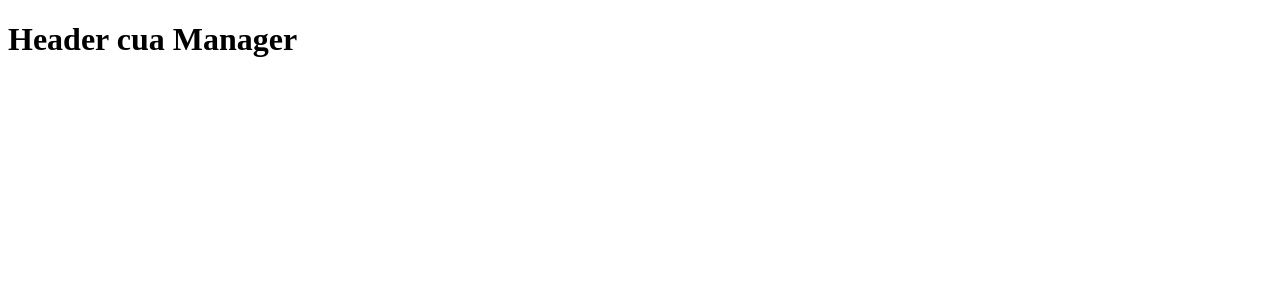
Repository: vule2809/LTW-20146307
Page: http://localhost/Banxemay_nhom10/common/manager/header.jsp
The author's editor kept a copy of each file at every save. The page is drawn from the files as they stood at one save, then again after the next save.
The browser window is 1280 px wide. The pictures show the whole page.
The page is served by Tomcat 9. Nobody is signed in. The application's start-up code is not run.

Above is the page before, as saved 2023-12-10 00:55:49.

After the next save:
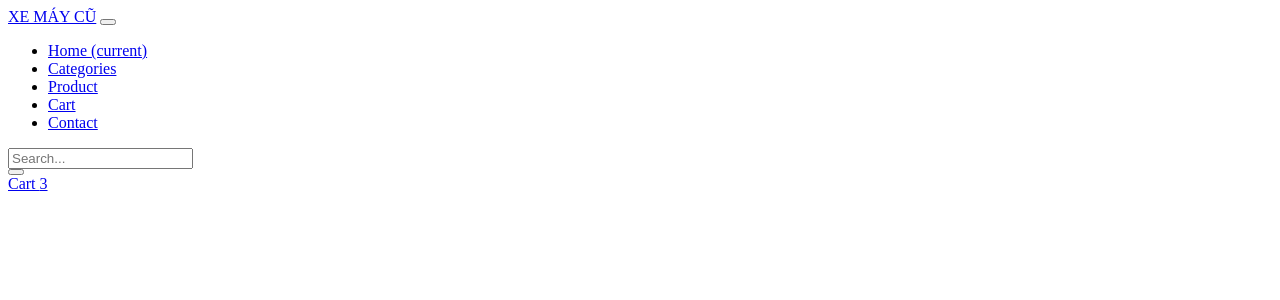
Saved 7 s later.
--- a/Banxemay_nhom10/src/main/webapp/common/manager/header.jsp
+++ b/Banxemay_nhom10/src/main/webapp/common/manager/header.jsp
@@ -1,12 +1,45 @@
 <%@ page language="java" contentType="text/html; charset=UTF-8"
     pageEncoding="UTF-8"%>
-<!DOCTYPE html>
-<html>
-<head>
-<meta charset="UTF-8">
-<title>Insert title here</title>
-</head>
-<body>
-	<h1>Header cua Manager</h1>
-</body>
-</html>
+<nav class="navbar navbar-expand-md navbar-dark bg-dark">
+    <div class="container">
+        <a class="navbar-brand" href="index.html">XE MÁY CŨ</a>
+        <button class="navbar-toggler" type="button" data-toggle="collapse" data-target="#navbarsExampleDefault" aria-controls="navbarsExampleDefault" aria-expanded="false" aria-label="Toggle navigation">
+            <span class="navbar-toggler-icon"></span>
+        </button>
+
+        <div class="collapse navbar-collapse justify-content-end" id="navbarsExampleDefault">
+            <ul class="navbar-nav m-auto">
+                <li class="nav-item active">
+                    <a class="nav-link" href="#">Home <span class="sr-only">(current)</span></a>
+                </li>
+                <li class="nav-item">
+                    <a class="nav-link" href="category.html">Categories</a>
+                </li>
+                <li class="nav-item">
+                    <a class="nav-link" href="product.html">Product</a>
+                </li>
+                <li class="nav-item">
+                    <a class="nav-link" href="product.html">Cart</a>
+                </li>
+                <li class="nav-item">
+                    <a class="nav-link" href="contact.html">Contact</a>
+                </li>
+            </ul>
+
+            <form class="form-inline my-2 my-lg-0">
+                <div class="input-group input-group-sm">
+                    <input type="text" class="form-control" placeholder="Search...">
+                    <div class="input-group-append">
+                        <button type="button" class="btn btn-secondary btn-number">
+                            <i class="fa fa-search"></i>
+                        </button>
+                    </div>
+                </div>
+                <a class="btn btn-success btn-sm ml-3" href="cart.html">
+                    <i class="fa fa-shopping-cart"></i> Cart
+                    <span class="badge badge-light">3</span>
+                </a>
+            </form>
+        </div>
+    </div>
+</nav>
